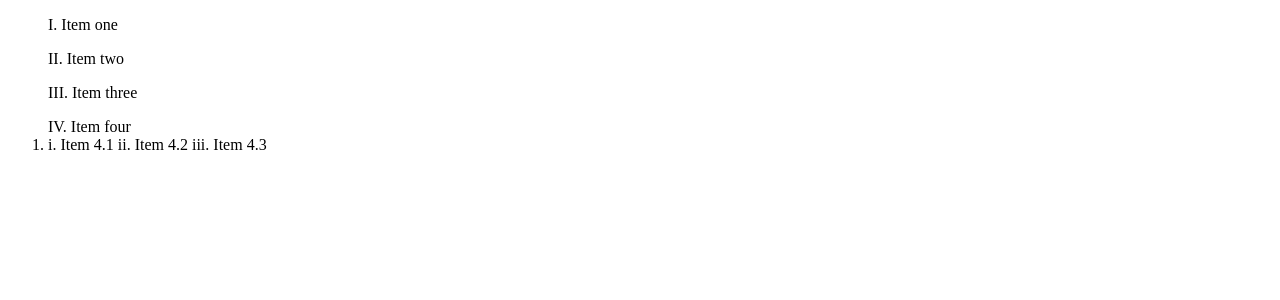
Repository: PhamChiXuan1/HTCNW_tuan3_DHCNTT16C_PhamChiXuan_20030131
Page: bt4.html
The author's editor kept a copy of each file at every save. The page is drawn from the files as they stood at one save, then again after the next save.
The browser window is 1280 px wide. The pictures show the whole page.

Above is the page before, as saved 2022-02-26 20:54:43.

### bt4.html
<!DOCTYPE html>
<html lang="en">
<head>
    <meta charset="UTF-8">
    <meta http-equiv="X-UA-Compatible" content="IE=edge">
    <meta name="viewport" content="width=device-width, initial-scale=1.0">
    <title>Document</title>
</head>
<body>
   <ol>I. Item one</ol>
   <ol>II. Item two</ol>
   <ol>III. Item three</ol>
   <ol>IV. Item four
       <li>
           i. Item 4.1
           ii. Item 4.2
           iii. Item 4.3
       </li>
   </ol>
   <ol></ol>
</body>
</html>

After the next save:
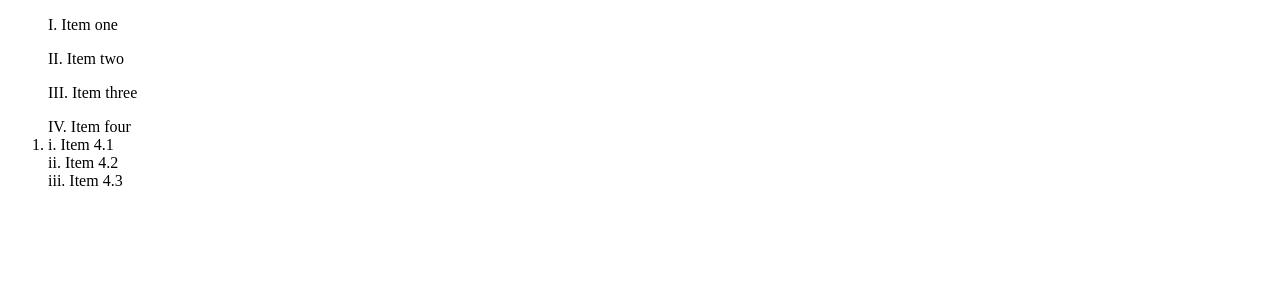
Saved 40 s later.
--- a/bt4.html
+++ b/bt4.html
@@ -12,8 +12,8 @@
    <ol>III. Item three</ol>
    <ol>IV. Item four
        <li>
-           i. Item 4.1
-           ii. Item 4.2
+           i. Item 4.1 <br>
+           ii. Item 4.2 <br>
            iii. Item 4.3
        </li>
    </ol>
